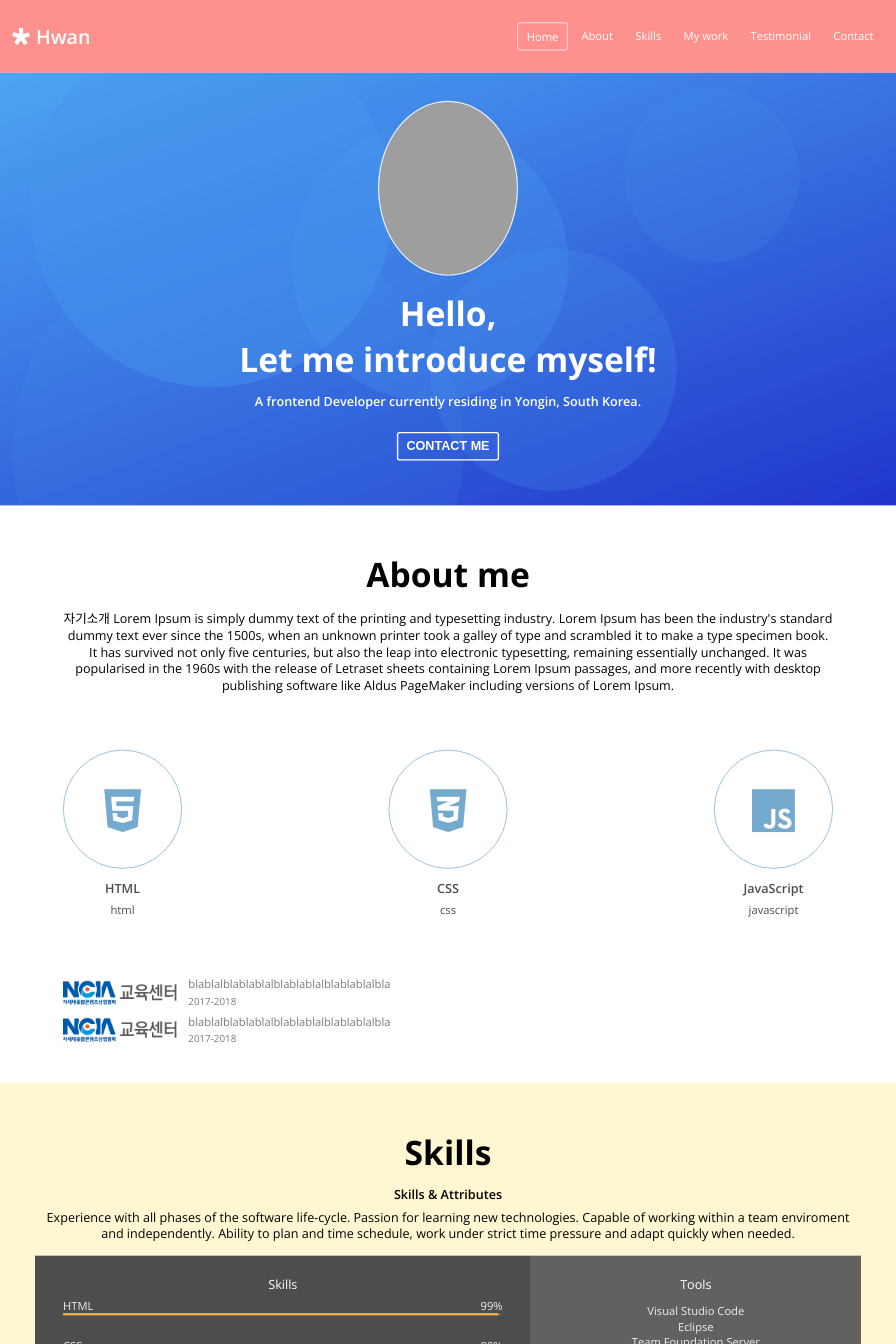
Repository: dhchun1203/Portfolio
Page: index.html
An editor plug-in stored every save of this project. The page is shown before and after the next save, followed by the edit.
The browser window is 1280 px wide. The pictures show the part of the page from y = 0 to 1920 px (the page is 4047 px tall before and 4103 px after), at 70% of full size.
Pictures or frames that could not be fetched are drawn as grey boxes. Some web libraries are served in a nearby version.

Above is the page before, as saved 2020-12-08 17:30:01.

After the next save:
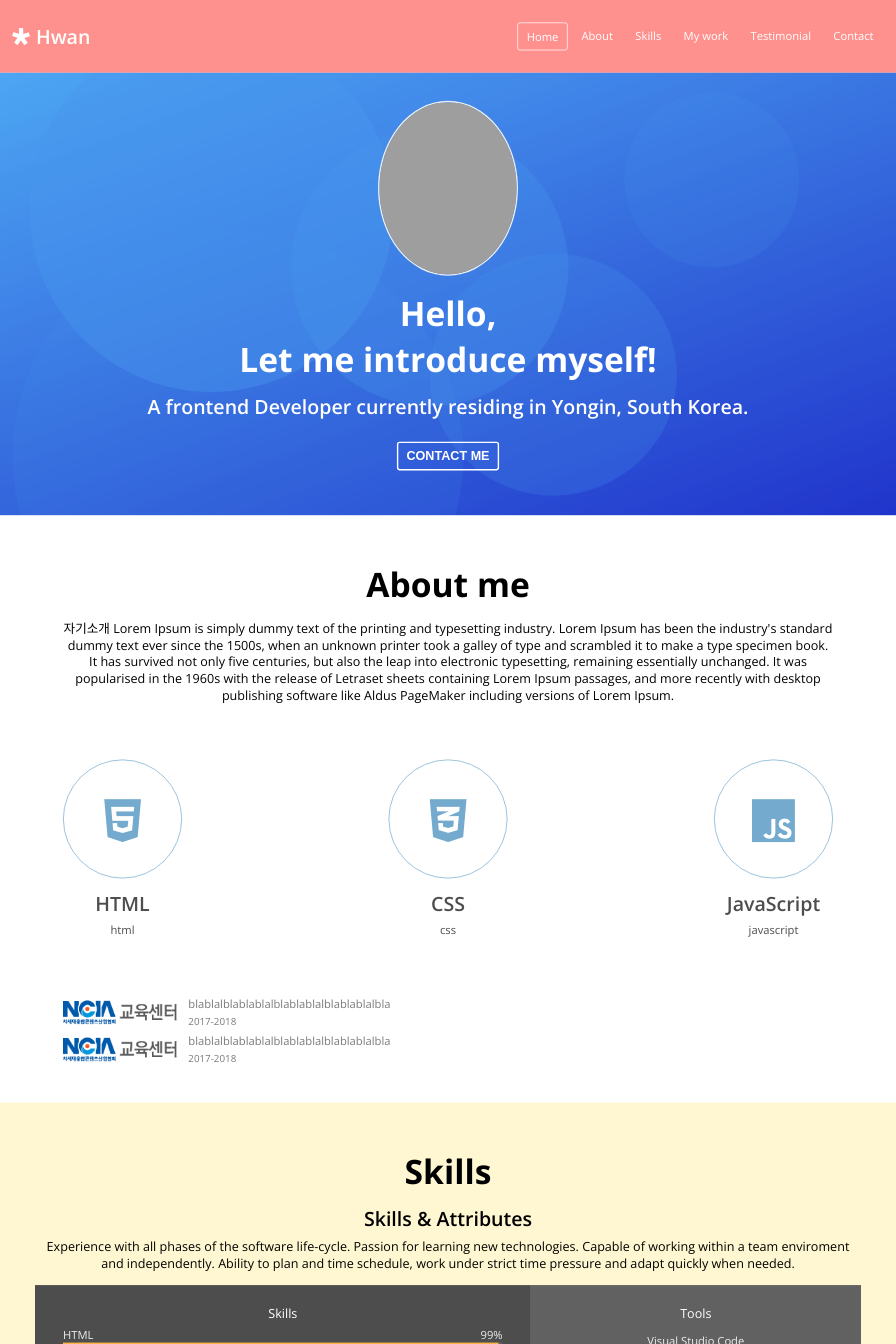
Saved 52 s later.
--- a/style.css
+++ b/style.css
@@ -69,7 +69,7 @@
 }
 
 h2 {
-	font-size: var(--font-regular);
+	font-size: var(--font-medium);
 	font-weight: var(--weight-semi-bold);
 	color: var(--color-black);
 	margin: 8px 0;
